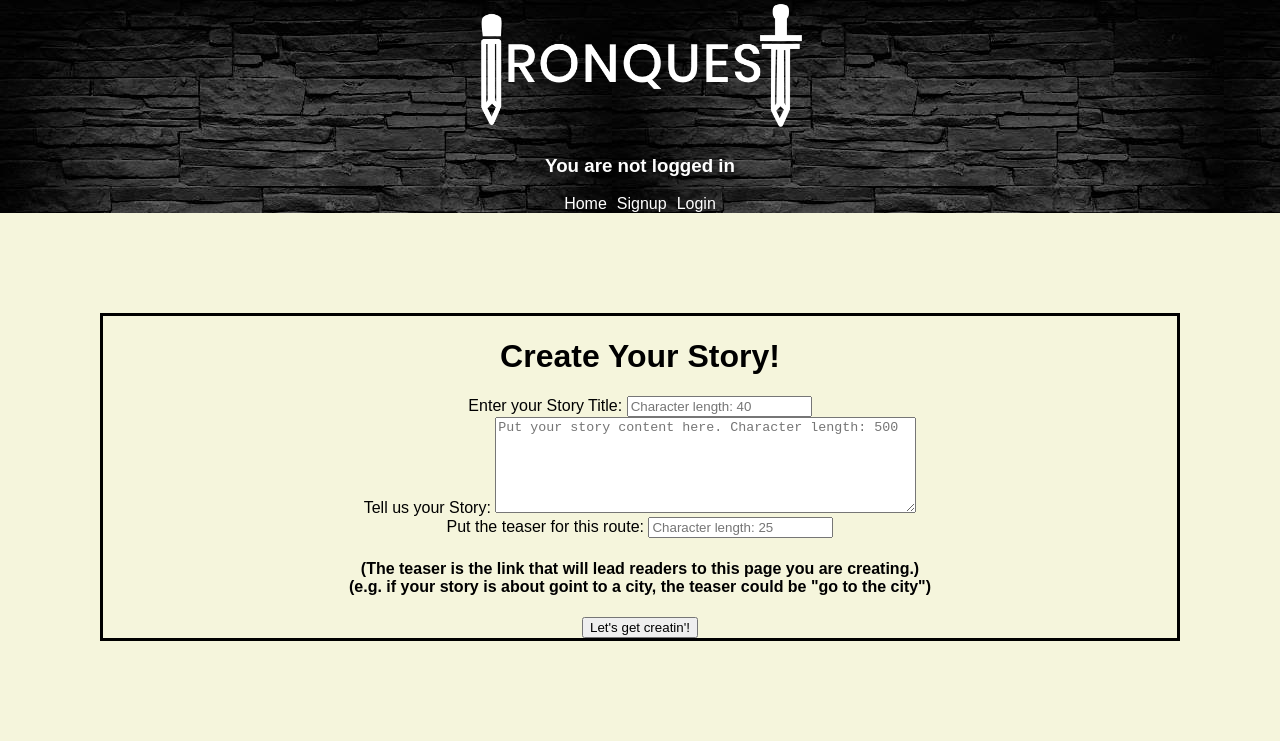
Repository: MikeTroianello/project4
Page: /createstory (app in client/)
The author's editor kept a copy of each file at every save. The page is drawn from the files as they stood at one save, then again after the next save.
The browser window is 1280 px wide. The pictures show the whole page.
The project was rebuilt for these pictures with package versions that can differ from the ones it lists, and the page was loaded fresh each time. Also part of the build but not shown: client/src/components/pages/StoryPage.jsx, client/src/components/pages/ReadStory.jsx, client/src/components/pages/Home.jsx, client/src/components/pages/Login.jsx, client/src/components/pages/Signup.jsx, client/src/components/pages/Profile.jsx.

Above is the page before, as saved 2019-03-22 12:26:59.
Not found: client/src/images/parchment.jpg

After the next save:
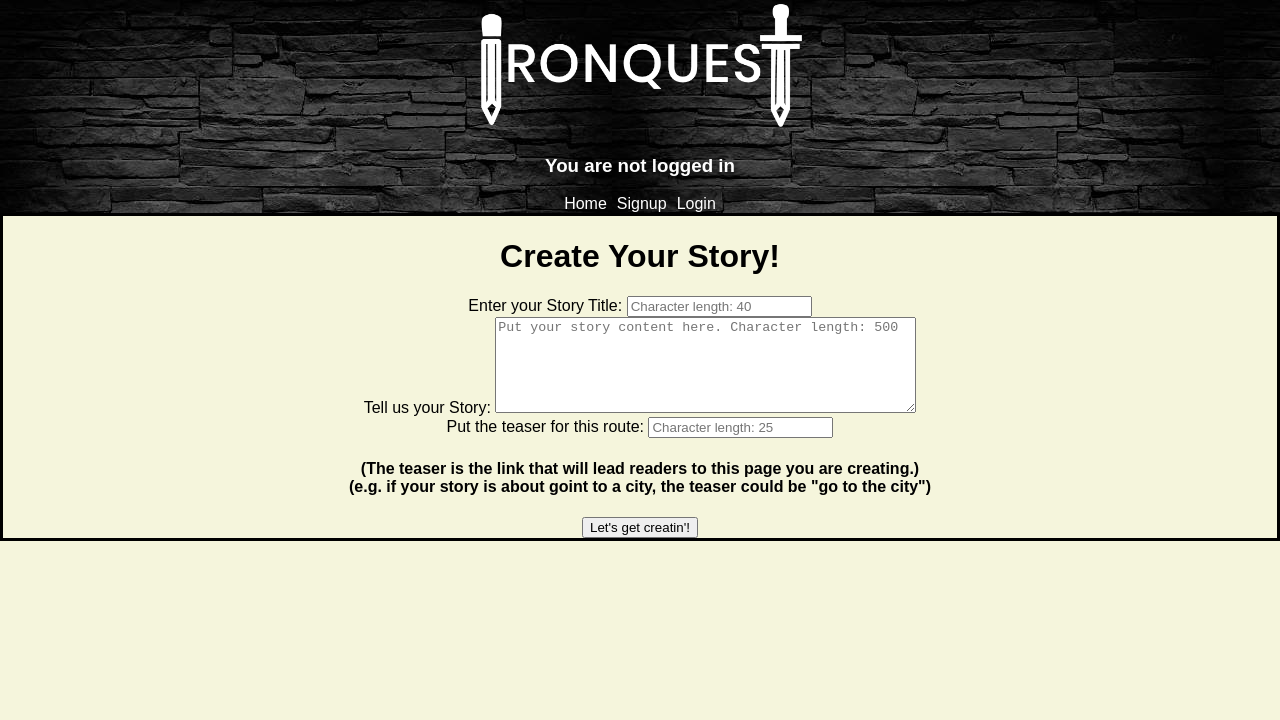
Saved 22 s later.
--- a/client/src/index.scss
+++ b/client/src/index.scss
@@ -110,7 +110,7 @@
 //CARD STYLE FOR THE WORDS
 
 .CreateStory{
-  margin: 100px;
+  // margin: 100px;
   border-style: solid;
   background-image: url('/client/src/images/parchment.jpg')
 }
